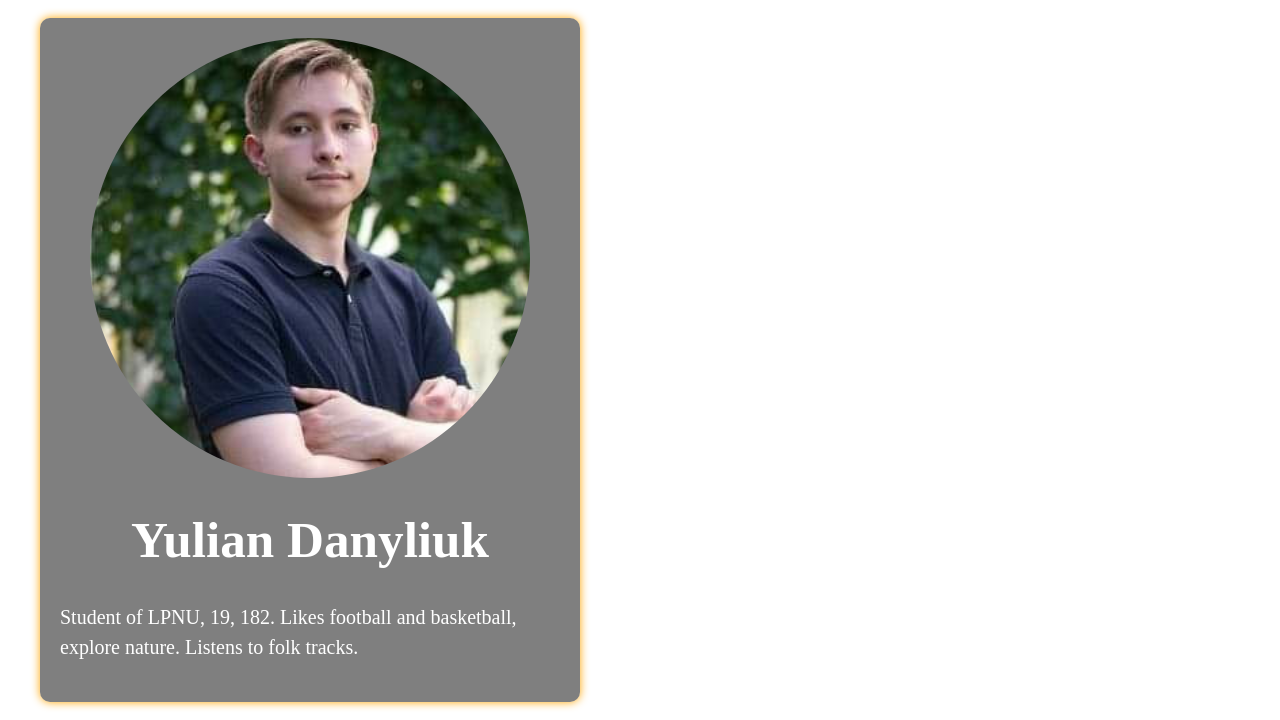
Repository: Romenjo/sombra-app
Page: /
The author's editor kept a copy of each file at every save. The page is drawn from the files as they stood at one save, then again after the next save.
The browser window is 1280 px wide. The pictures show the whole page.
The project was rebuilt for these pictures with package versions that can differ from the ones it lists, and the page was loaded fresh each time. Also part of the build but not shown: vite.config.ts, src/App.css.

Above is the page before, as saved 2023-12-07 12:23:49.

### src/App.tsx
//import { useState } from "react";
import "./App.css";
//import ImagePlacer from "./components/ImagePlacer";
//import DescriptionBox from "./components/DescriptionBox";
import Card from "./components/Card";
import HorizontalStack from "./components/HorizontalStack";
import DanyliukImage from "./images/danyliuk.jpg";

function App() {
  return (
    <>
      <HorizontalStack>
        <Card
          imageUrl={DanyliukImage}
          name="Yulian Danyliuk"
          description="Student of LPNU, 19, 182. Likes football and basketball, explore nature.
          Listens to folk tracks."
          glowColor="orange"
        />
      </HorizontalStack>
    </>
  );
}

export default App;

### src/components/Card.tsx
import React from 'react';
import "../App.css";
import ImagePlacer from './ImagePlacer';
import DescriptionBox from './DescriptionBox';


interface CardProps {
  imageUrl: string;
  name: string;
  description: string;
  glowColor: string;
}

const Card: React.FC<CardProps> = ({ imageUrl, name, description, glowColor }) => {
  const styles = {
    card: {
      backgroundColor: 'rgba(0, 0, 0, 0.5)',
      backdropFilter: 'blur(10px)',
      boxShadow: `0 0 10px ${glowColor}`,
      color: 'white',
      padding: '20px',
      borderRadius: '10px',
      width: '500px',
      margin: 'auto 40px'
    },
  };

  return (
    <div style={styles.card} className="center">
      <ImagePlacer imageUrl={imageUrl} />
      <DescriptionBox name={name} description={description} />
    </div>
  );
};

export default Card;

### src/components/HorizontalStack.tsx
import React from "react";

interface HorizontalStackProps {
  children: React.ReactNode;
}

const HorizontalStack: React.FC<HorizontalStackProps> = ({ children }) => {
  return (
    <div style={{ display: "flex", justifyContent: "center" }}> {children}</div>
  );
};

export default HorizontalStack;

### src/components/ImagePlacer.tsx
import React from 'react';

const ImagePlacer = ({ imageUrl }) => {
  const styles = {
    borderRadius: '50%',
    overflow: 'hidden',
    width: '440px',
    height: '440px',
    margin: '0 auto',
  };

  return (
    <div style={styles}>
      <img src={imageUrl} alt="User" className="img-fluid" style={{ width: '100%', height: '100%', objectFit: 'cover' }} />
    </div>
  );
};

export default ImagePlacer;

### src/components/DescriptionBox.tsx
import React from 'react';

interface DescriptionBoxProps {
  name: string;
  description: string;
}

const DescriptionBox: React.FC<DescriptionBoxProps> = ({ name, description }) => {
  return (
    <div style={{ maxWidth: '500px', wordWrap: 'break-word', margin: '0 auto'}}>
      <h1 style={{ fontFamily: 'Alice', fontWeight: 'bold', textAlign: 'center' }}>{name}</h1>
      <p style={{ fontFamily: 'Alice', fontSize: '20px' }}>{description}</p>
    </div>
  );
};

export default DescriptionBox;

Loaded but not shown: index.html (common file); src/main.tsx (common file); src/index.css (common file)

After the next save:
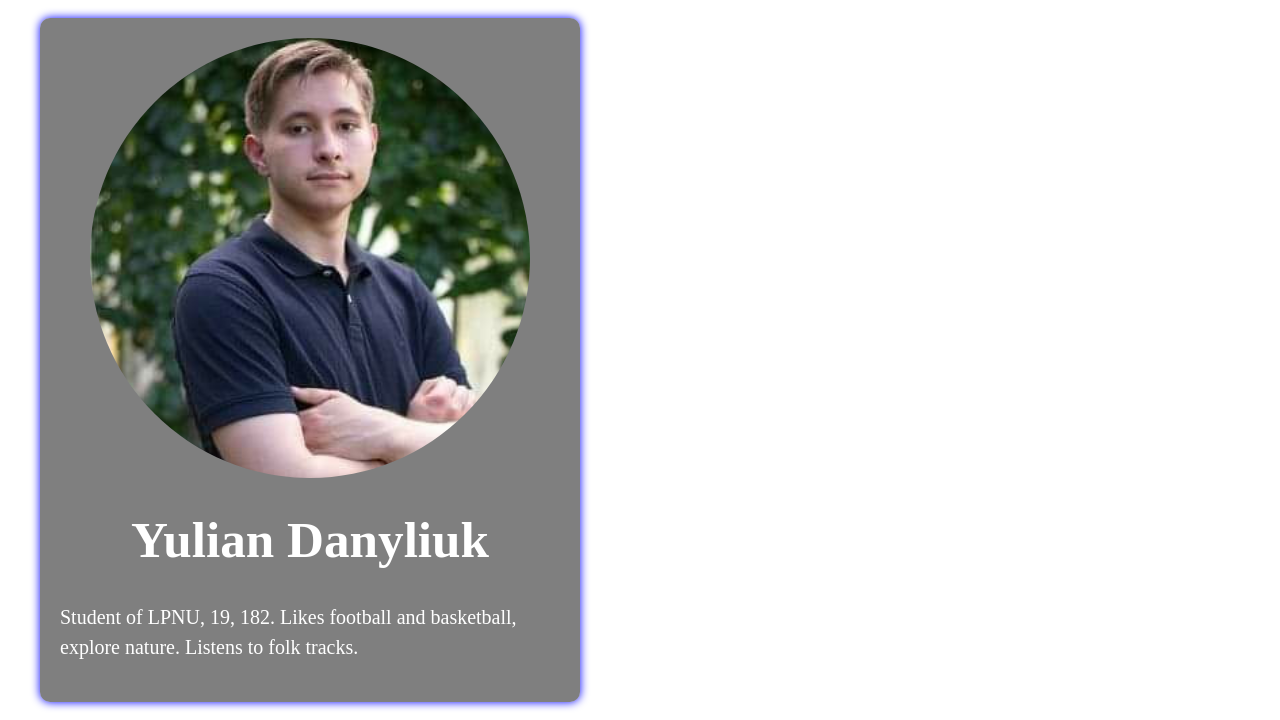
Saved 17 s later.
--- a/src/App.tsx
+++ b/src/App.tsx
@@ -15,7 +15,7 @@ function App() {
           name="Yulian Danyliuk"
           description="Student of LPNU, 19, 182. Likes football and basketball, explore nature.
           Listens to folk tracks."
-          glowColor="orange"
+          glowColor="blue"
         />
       </HorizontalStack>
     </>
